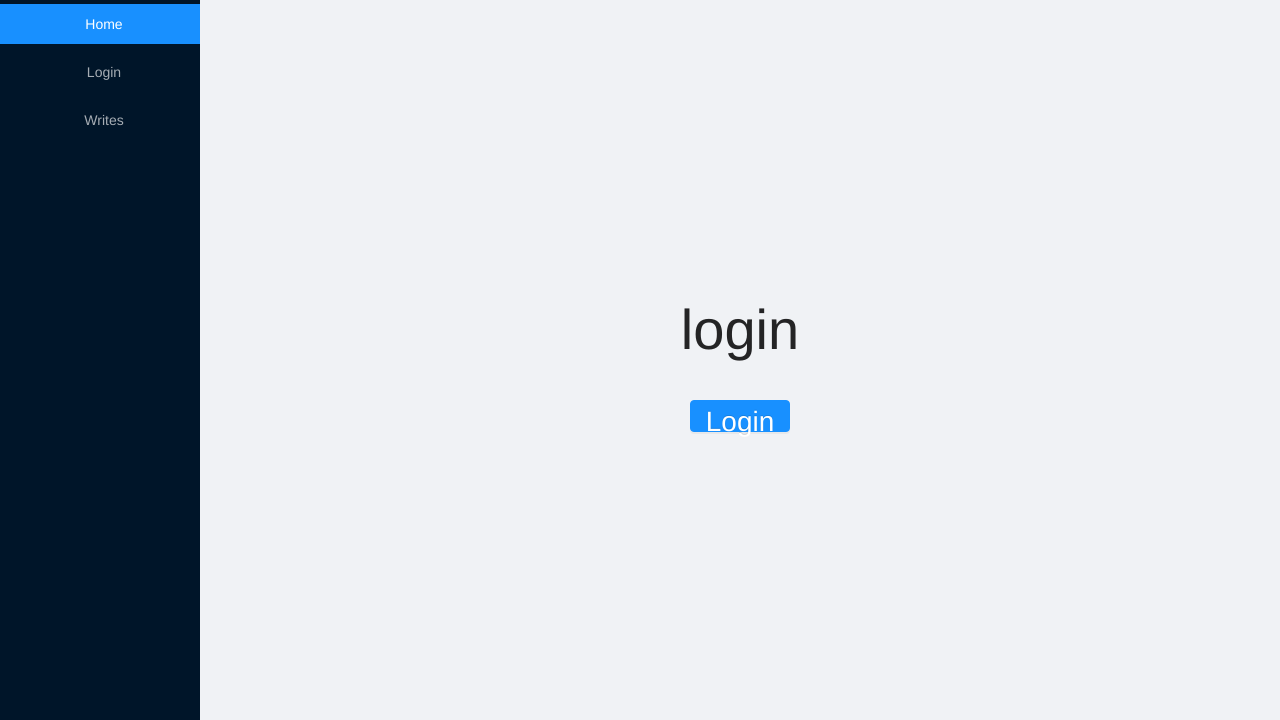
Repository: writesapp/mod
Page: /login
An editor plug-in stored every save of this project. The page is shown before and after the next save, followed by the edit.
The browser window is 1280 px wide. The pictures show the whole page.
The project was rebuilt for these pictures with package versions that can differ from the ones it lists, and the page was loaded fresh each time. Also part of the build but not shown: src/views/Home.vue, src/views/Writes.vue.

Above is the page before, as saved 2020-07-09 16:25:10.

After the next save:
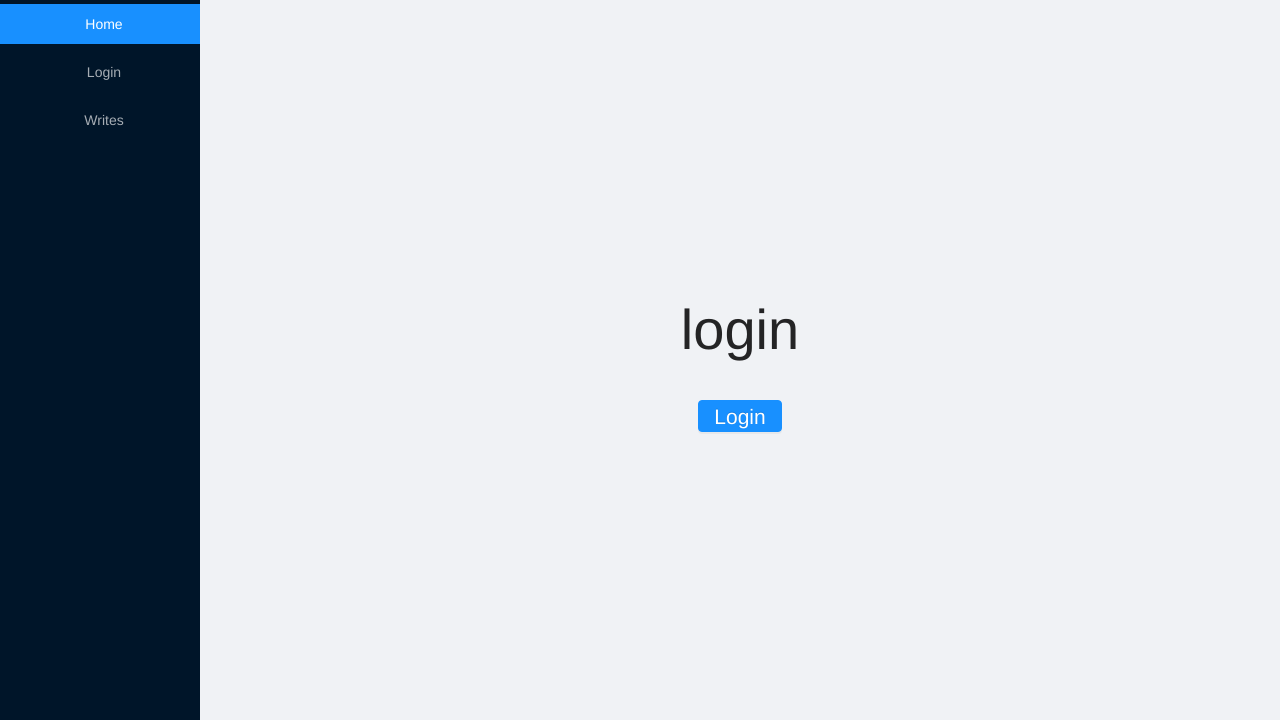
Saved 7 s later.
--- a/src/views/Login.vue
+++ b/src/views/Login.vue
@@ -34,7 +34,7 @@ export default {
   }
 
   button {
-    font-size: 2em;
+    font-size: 1.5em;
   }
 
   .login {
